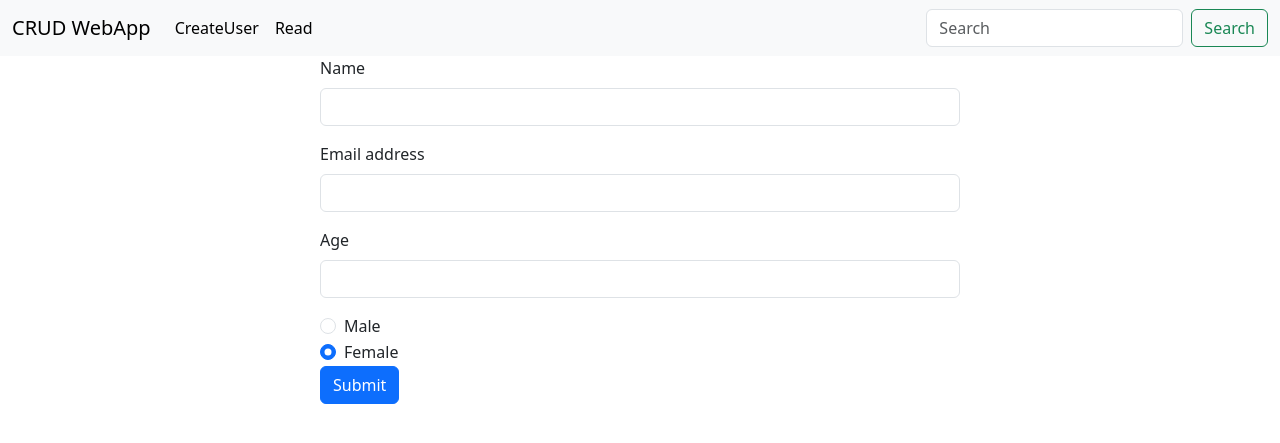
Repository: suraj-yadav7/createpost-redux
Page: /
An editor plug-in stored every save of this project. The page is shown before and after the next save, followed by the edit.
The browser window is 1280 px wide. The pictures show the whole page.
The project was rebuilt for these pictures with package versions that can differ from the ones it lists, and the page was loaded fresh each time. Also part of the build but not shown: vite.config.js, src/App.css, src/components/Read.jsx, src/index.css.

Above is the page before, as saved 2023-05-16 13:44:35.

After the next save:
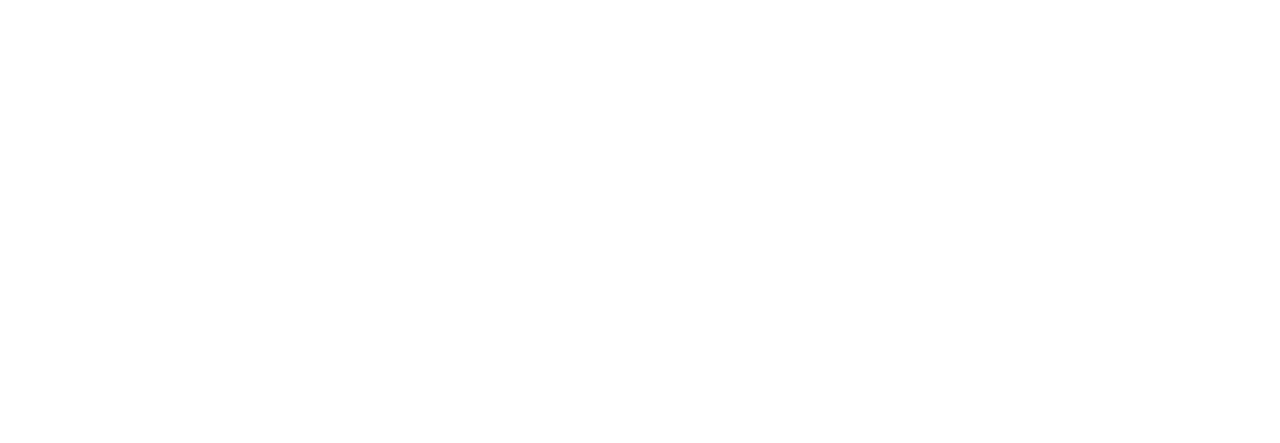
Console error: ReferenceError: Cannot access 'navigate' before initialization
Saved 51 s later.
--- a/src/components/CreateData.jsx
+++ b/src/components/CreateData.jsx
@@ -1,6 +1,7 @@
 import React, {useState} from 'react'
 import { Dispatch } from 'react'
 import { useDispatch } from 'react-redux'
+import { Navigate } from 'react-router-dom'
 import { createUser } from '../store/slice/userDetail'
 
 
@@ -13,11 +14,12 @@
     }
 
     const dispatch = useDispatch()
+    const navigate = navigate()
     const handleSubmit = (e)=>{
         e.preventDefault()
         console.log("the data in disppatch",data)
         dispatch(createUser(data))
-
+        navigate("/read")
     }
     return (
         <>

After the 2 saves that followed:
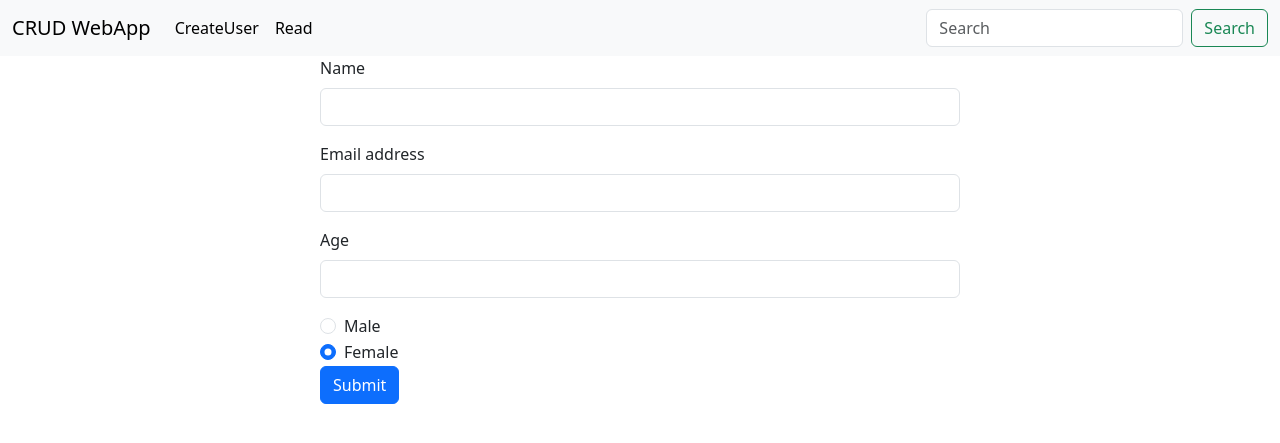
The error is gone.
The 2 saves are shown as one change because 1 left the picture as it was.
The last was saved 2 min 22 s later.
--- a/src/components/CreateData.jsx
+++ b/src/components/CreateData.jsx
@@ -1,7 +1,6 @@
 import React, {useState} from 'react'
-import { Dispatch } from 'react'
 import { useDispatch } from 'react-redux'
-import { Navigate } from 'react-router-dom'
+import { useNavigate } from 'react-router-dom'
 import { createUser } from '../store/slice/userDetail'
 
 
@@ -14,7 +13,8 @@
     }
 
     const dispatch = useDispatch()
-    const navigate = navigate()
+    const navigate = useNavigate()
+
     const handleSubmit = (e)=>{
         e.preventDefault()
         console.log("the data in disppatch",data)
